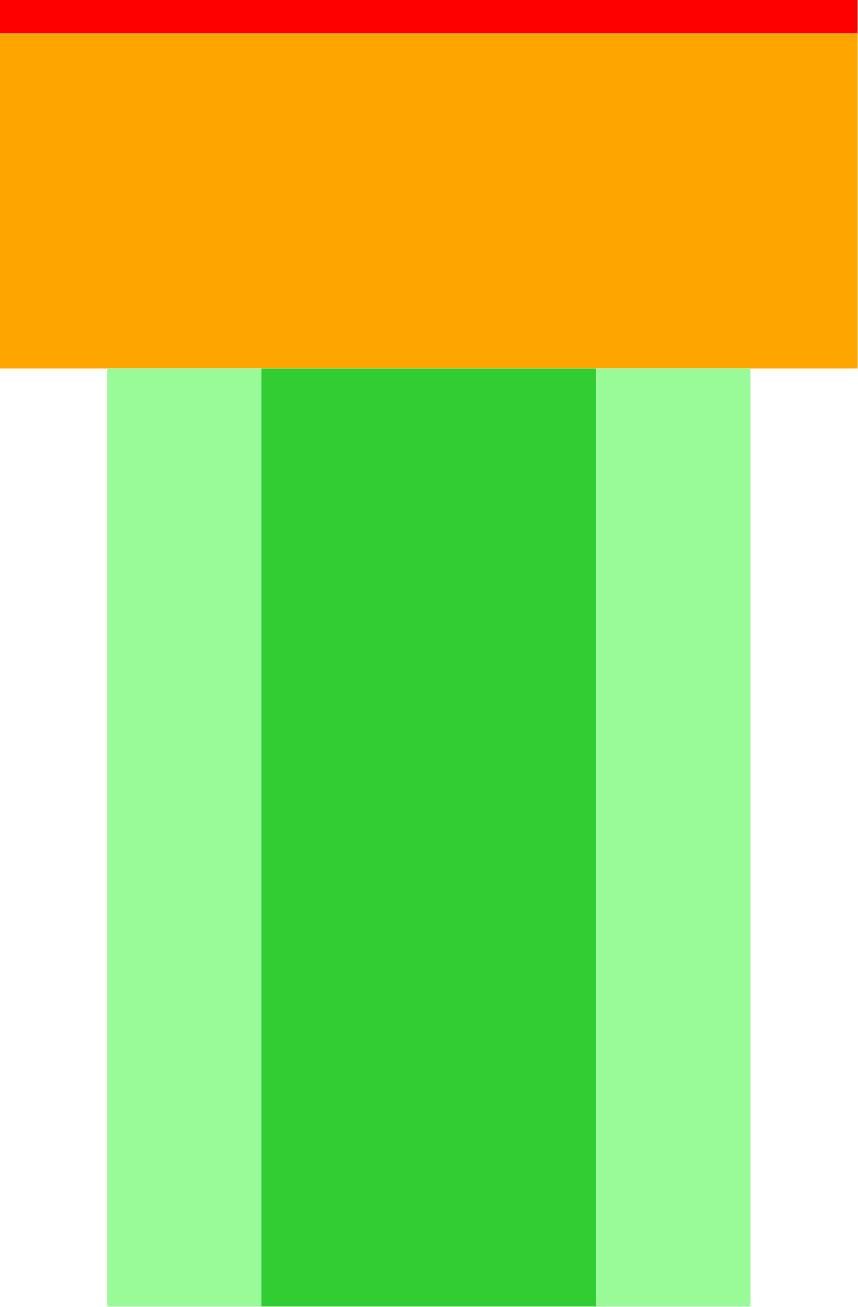
Repository: gukbvhrsui/r
Page: text/text1.html
The author's editor kept a record of every edit. The page is drawn from the files as they stood at one moment, then again after the next edit.
The browser window is 1280 px wide. The pictures show the whole page, at 67% of full size.

Above is the page before.

### text/text1.html
<!DOCTYPE html>
<html>

  <head>
    <meta charset="UTF-8">
    <title>演習１－４</title>
    <link rel="stylesheet" href="text1.css">
  </head>

  <body>
    <header></header>
    <div class="main-visual"></div>
    <main>

      <box class="box1"></box>
      <box class="box2"></box>
      <box class="box3"></box>
    </main>
    <footer></footer>
  </body>
</html>

### text/text1.css
* {
  padding: 0;
  margin: 0;
  box-sizing: border-box;
}

header {
  width: 100%;
  height: 50px;
  background-color: red;
}

.main-visual {
  width: 100%;
  height: 500px;
  background-color: orange;
}
main {
  display: flex;
  justify-content: center;
  width: 960px;
  margin: 0 auto;
}

.box1 {
  width: 230px;
  height: 1400px;
  background-color: palegreen;
}

.box2 {
  width: 500px;
  height: 1400px;
  background-color: limegreen;
}

.box3 {
  width: 230px;
  height: 1400px;
  background-color: palegreen;
}

After the next edit:
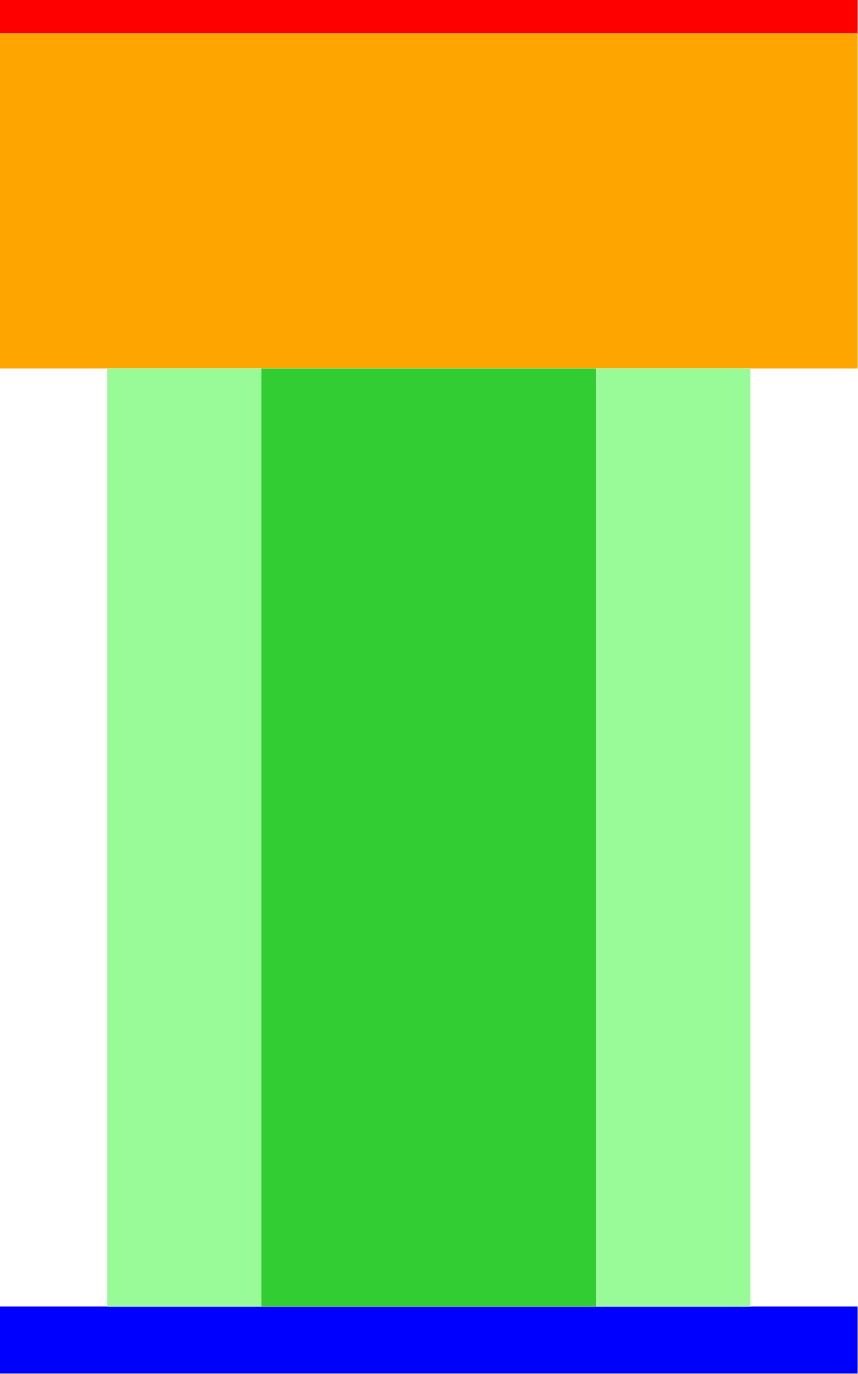
The edit:
--- a/text/text1.css
+++ b/text/text1.css
@@ -39,3 +39,9 @@ main {
   height: 1400px;
   background-color: palegreen;
 }
+
+footer {
+  width: 100%;
+  height: 100px;
+  background-color: blue;
+}
